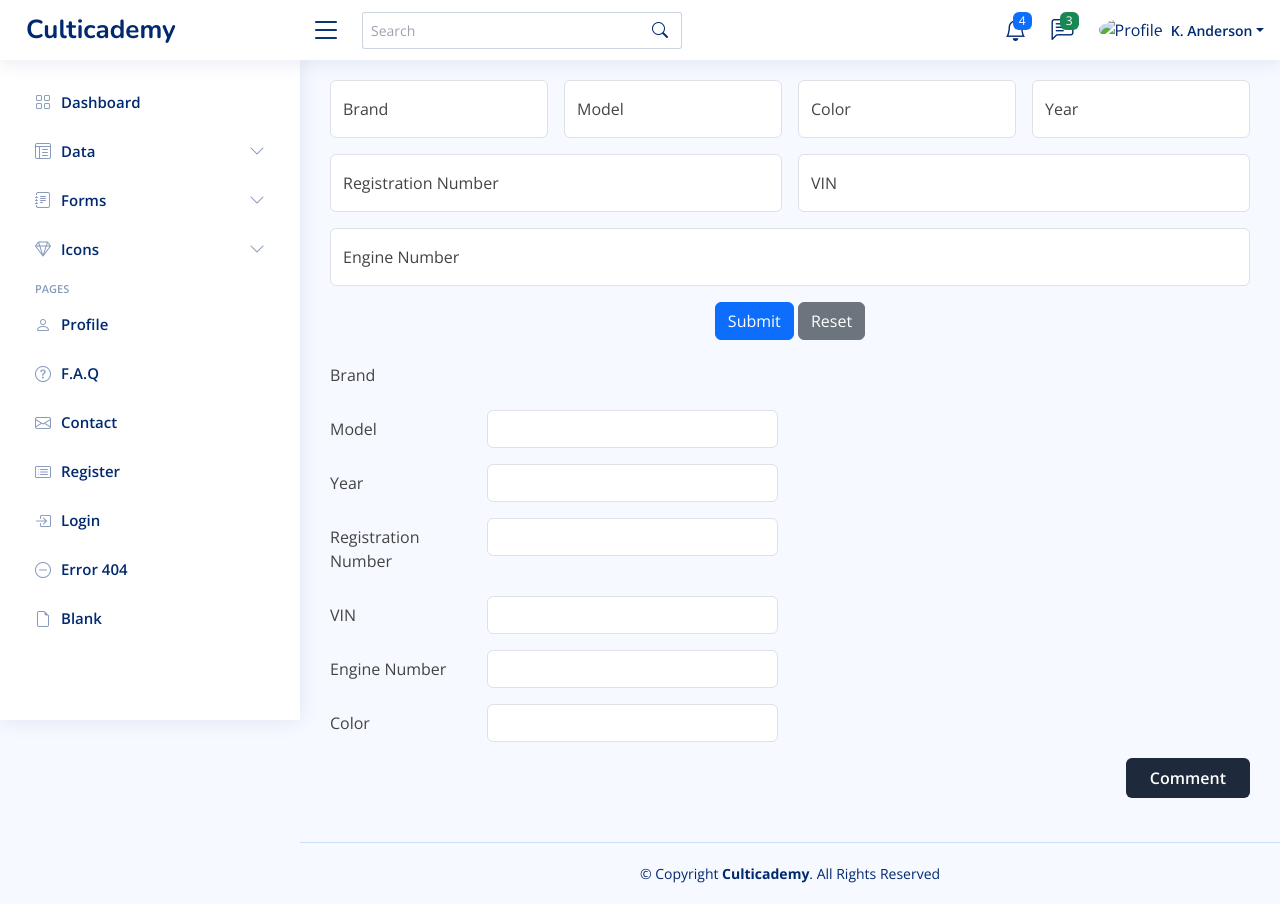
Repository: Jistoper/car_rental
Page: http://localhost/create
These files come from the project's save history. The page is drawn as it stood at one moment and after the next save; the edit follows.
The browser window is 1280 px wide. The pictures show the whole page.
The page is served by the project's Laravel application, run on PHP 8.4 with Laravel 9. Style sheets and scripts are compiled from the project's sources, by tool versions that may differ from the author's.

Above is the page before, as saved 2023-06-22 14:37:21.

After the next save:
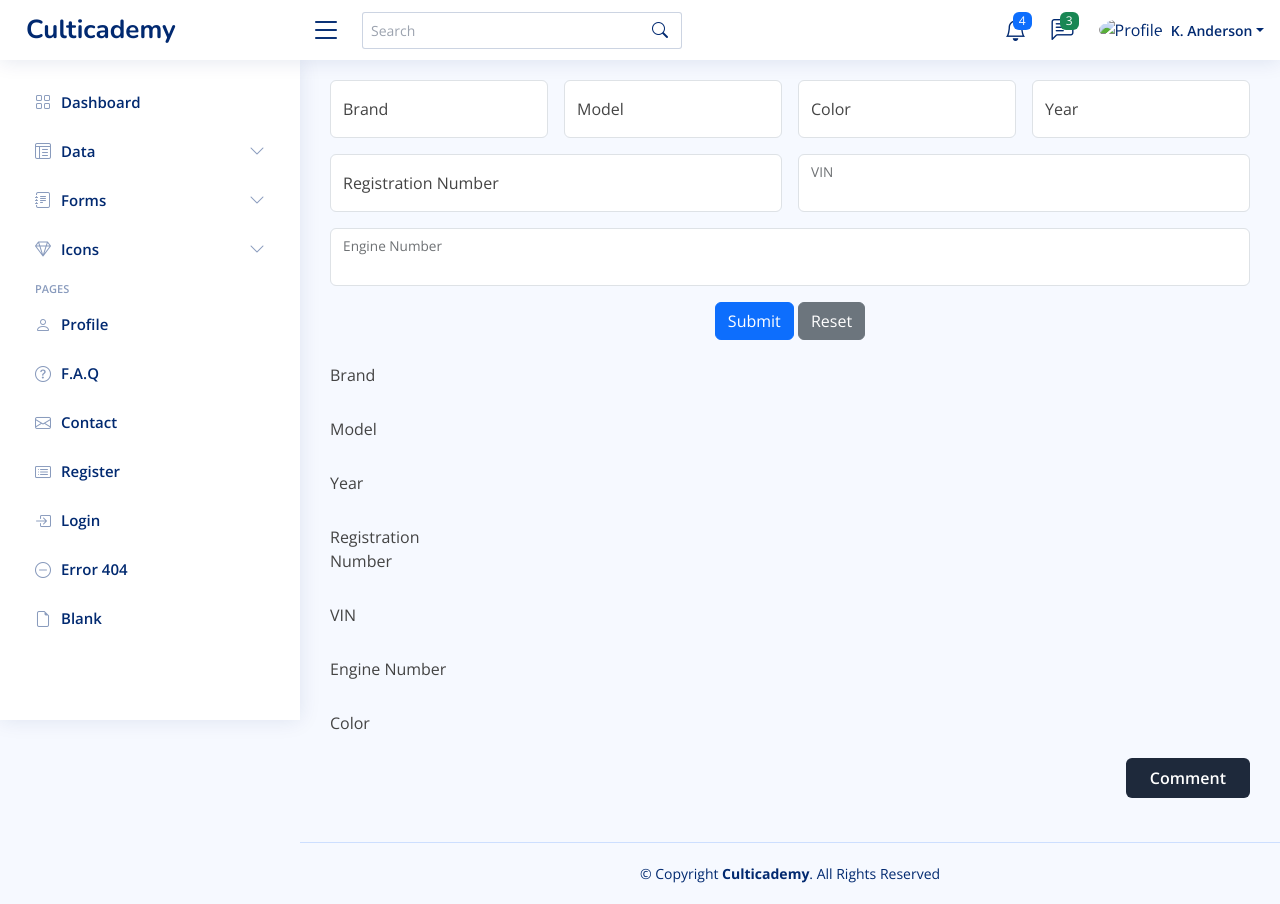
Saved 2 min 59 s later.
--- a/resources/views/backsite/content/car/createcar.blade.php
+++ b/resources/views/backsite/content/car/createcar.blade.php
@@ -12,39 +12,39 @@
         </div>
         <div class="col-md-3">
             <div class="form-floating">
-                <input type="password" class="form-control" id="floatingPassword" placeholder="Password">
-                <label for="floatingPassword">Model</label>
+                <input type="text" name="model" id="model" class="form-control @error('model') border-red-500 @enderror" value="{{ old('model') }}" placeholder="Model">
+                <label for="model">Model</label>
             </div>
         </div>
         <div class="col-md-3">
             <div class="form-floating">
-                <input type="password" class="form-control" id="floatingPassword" placeholder="Password">
-                <label for="floatingPassword">Color</label>
+                <input type="text" name="color" id="color" class="form-control @error('color') border-red-500 @enderror" value="{{ old('color') }}" placeholder="Color">
+                <label for="color">Color</label>
             </div>
         </div>
         <div class="col-md-3">
             <div class="form-floating">
-                <input type="password" class="form-control" id="floatingPassword" placeholder="Password">
-                <label for="floatingPassword">Year</label>
+                <input type="text" name="year" id="year" class="form-control @error('year') border-red-500 @enderror" value="{{ old('year') }}" placeholder="Year">
+                <label for="year">Year</label>
             </div>
         </div>
         <div class="col-md-6">
           <div class="form-floating">
-            <input type="text" class="form-control" id="floatingName" placeholder="Your Name">
-            <label for="floatingName">Registration Number</label>
+            <input type="text" name="registration_number" id="registration_number" class="form-control @error('registration_number') border-red-500 @enderror" value="{{ old('registration_number') }}" placeholder="Registration Number">
+            <label for="registration_number">Registration Number</label>
           </div>
         </div>
         <div class="col-md-6">
           <div class="col-md-12">
             <div class="form-floating">
-              <input type="text" class="form-control" id="floatingCity" placeholder="City">
+                <input type="text" name="vin" id="vin" class="form-control @error('vin') border-red-500 @enderror" value="{{ old('vin') }}">
               <label for="floatingCity">VIN</label>
             </div>
           </div>
         </div>
         <div class="col-md-12">
           <div class="form-floating">
-            <input type="text" class="form-control" id="floatingZip" placeholder="Zip">
+            <input type="text" name="engine_number" id="engine_number" class="form-control @error('engine_number') border-red-500 @enderror" value="{{ old('engine_number') }}">
             <label for="floatingZip">Engine Number</label>
           </div>
         </div>
@@ -64,37 +64,37 @@
         <div class="row mb-3">
             <label for="inputText" class="col-sm-2 col-form-label">Model</label>
             <div class="col-sm-4">
-                <input type="text" name="model" id="model" class="form-control @error('model') border-red-500 @enderror" value="{{ old('model') }}">
+
             </div>
         </div>
         <div class="row mb-3">
             <label for="inputText" class="col-sm-2 col-form-label">Year</label>
             <div class="col-sm-4">
-                <input type="text" name="year" id="year" class="form-control @error('year') border-red-500 @enderror" value="{{ old('year') }}">
+
             </div>
         </div>
         <div class="row mb-3">
             <label for="inputText" class="col-sm-2 col-form-label">Registration Number</label>
             <div class="col-sm-4">
-                <input type="text" name="registration_number" id="registration_number" class="form-control @error('registration_number') border-red-500 @enderror" value="{{ old('registration_number') }}">
+
             </div>
         </div>
         <div class="row mb-3">
             <label for="inputText" class="col-sm-2 col-form-label">VIN</label>
             <div class="col-sm-4">
-                <input type="text" name="vin" id="vin" class="form-control @error('vin') border-red-500 @enderror" value="{{ old('vin') }}">
+
             </div>
         </div>
         <div class="row mb-3">
             <label for="inputText" class="col-sm-2 col-form-label">Engine Number</label>
             <div class="col-sm-4">
-                <input type="text" name="engine_number" id="engine_number" class="form-control @error('engine_number') border-red-500 @enderror" value="{{ old('engine_number') }}">
+
             </div>
         </div>
         <div class="row mb-3">
             <label for="inputText" class="col-sm-2 col-form-label">Color</label>
             <div class="col-sm-4">
-                <input type="text" name="color" id="color" class="form-control @error('color') border-red-500 @enderror" value="{{ old('color') }}">
+
             </div>
         </div>
         <div class="flex items-center justify-end">
